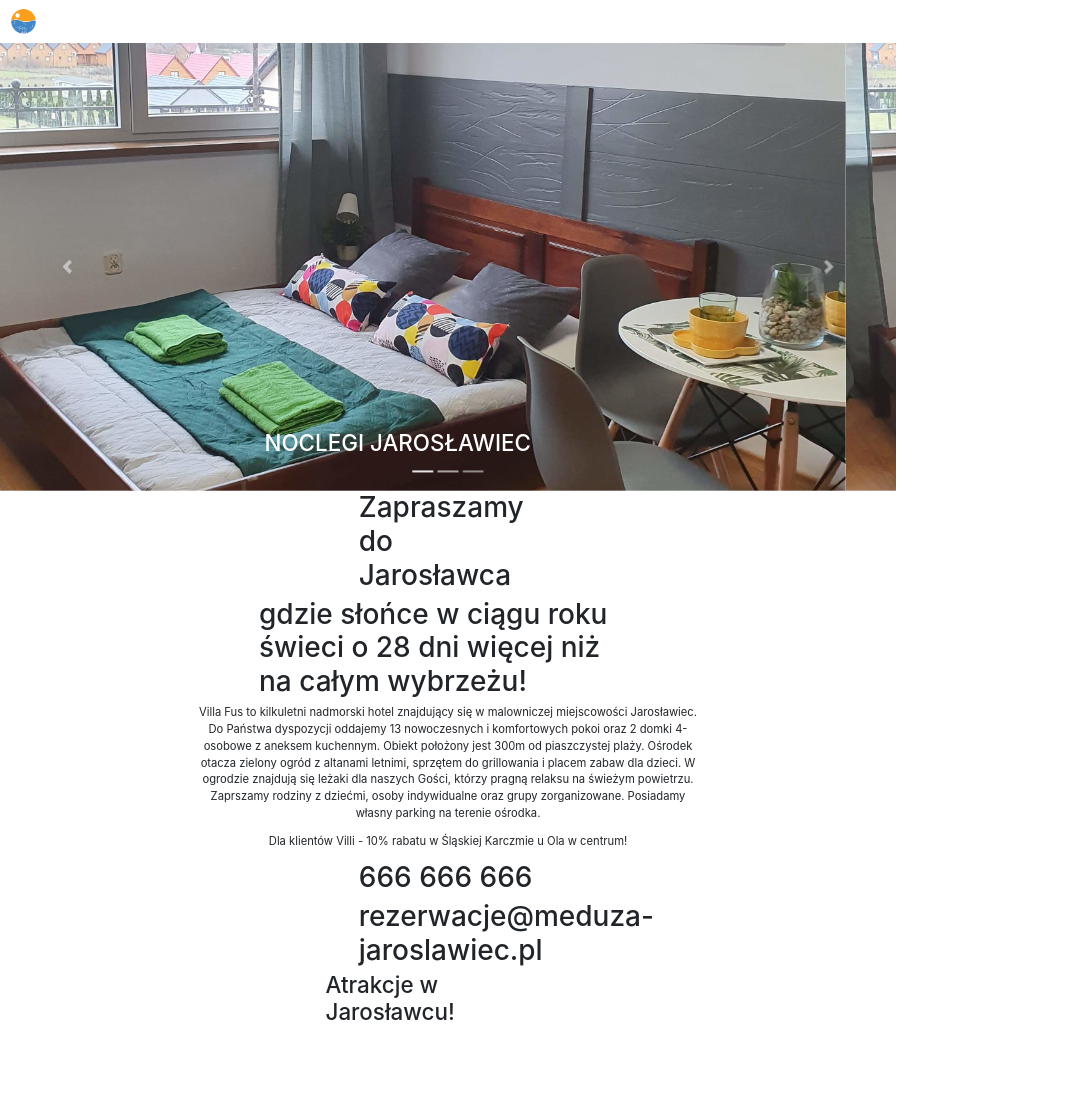
Repository: ArturDr/meduza_jaroslawiec
Page: http://localhost/
An editor plug-in stored every save of this project. The page is shown before and after the next save, followed by the edit.
The browser window is 1280 px wide. The page is 1547 px wide, so the pictures cover 1547 px, including what lies to the right of the window. The pictures show the part of the page from y = 0 to 1600 px (the page is 3045 px tall), at 70% of full size.
The page is run by PHP 8.4 with error messages shown; the project is at /var/www/html/.

Above is the page before, as saved 2020-06-01 20:58:39.
Console error: ReferenceError: baguetteBox is not defined

### medjar/index.php
<?php include('includes/header.php'); ?>

<title>Meduza Jarosławiec</title>

<?php include('includes/navbar.php'); ?>

<!--sec1-->
<section id="sec1">
    <div class="container">
        <div class="row justify-content-center">
            <div class="col-xl-3 col-lg-3 col-md-4 col-sm-4 col-6">
                <h1>Zapraszamy do Jarosławca</h1>
            </div>
        </div>
        <div class="row justify-content-center">
            <div class="col-xl-6 col-lg-6 col-md-8 col-sm-8 col-10">
                <h1>gdzie słońce w ciągu roku świeci o 28 dni więcej niż na całym wybrzeżu!</h1>
            </div>
        </div>
        <div class="row justify-content-center">
            <div class="col-xl-8 col-lg-8 col-md-10 col-sm-10 col-12">
                <p class="text-center">Villa Fus to kilkuletni nadmorski hotel znajdujący się w malowniczej miejscowości Jarosławiec. Do Państwa dyspozycji oddajemy 13 nowoczesnych i komfortowych pokoi oraz 2 domki 4-osobowe z aneksem kuchennym. Obiekt położony jest 300m od piaszczystej plaży. Ośrodek otacza zielony ogród z altanami letnimi, sprzętem do grillowania i placem zabaw dla dzieci. W ogrodzie znajdują się leżaki dla naszych Gości, którzy pragną relaksu na świeżym powietrzu. Zaprszamy rodziny z dziećmi, osoby indywidualne oraz grupy zorganizowane. Posiadamy własny parking na terenie ośrodka.</p>
            </div>
            <div class="col-xl-8 col-lg-8 col-md-10 col-sm-10 col-12">
                <p class="text-center">Dla klientów Villi - 10% rabatu w Śląskiej Karczmie u Ola w centrum!</p>
            </div>
        </div>
        <div class="row justify-content-center">
            <div class="col-xl-3 col-lg-3 col-md-4 col-sm-4 col-6">
                <h1>666 666 666</h1>
            </div>
        </div>
        <div class="row justify-content-center">
            <div class="col-xl-3 col-lg-3 col-md-4 col-sm-4 col-6">
                <h1>rezerwacje@meduza-jaroslawiec.pl</h1>
            </div>
        </div>
    </div>
</section>
<!-- end sec1-->

<!-- sec2-->
<section id="sec2">
	<div class="container">
		<div class="row justify-content-center">
			<div class="col-sm-4 col-4">
				<h2>Atrakcje w Jarosławcu!</h2>
			</div>
		</div>
		<div class="row">
			<div class="col-sm-2 col-12">
				<img src="images/beach.png">
				<h3>Plaża w Jarosławcu</h3>
			</div>
			<div class="col-sm-2 col-12">
				<img src="images/cliff.png">
				<h3>Klifowe wybrzeże</h3>
			</div>
			<div class="col-sm-2 col-12">
				<img src="images/lighthouse.png">
				<h3>Latarnia Morska w Jarosławcu</h3>
			</div>
			<div class="col-sm-2 col-12">
				<img src="images/anchor.png">
				<h3>Przystań rybacka</h3>
			</div>
			<div class="col-sm-2 col-12">
				<img src="images/museum.png">
				<h3>Unikalne Muzeum Bursztynu</h3>
			</div>
			<div class="col-sm-2 col-12">
				<img src="images/rope.png">
				<h3>Park linowy dla dzieci</h3>
			</div>
		</div>
	</div>
</section>
<!-- end sec2 -->

<!-- sec3 -->
<section id="sec3">
    <div class="container">
        <div class="row justify-content-center">
            <div class="col-xl-3 col-lg-3 col-md-4 col-sm-4 col-6">
                <h1>NASZA LOKALIZACJA</h1>
            </div>
        </div>
    </div>
    <iframe src="https://www.google.com/maps/embed?pb=!1m14!1m8!1m3!1d9258.9887111871!2d16.536268!3d54.537953!3m2!1i1024!2i768!4f13.1!3m3!1m2!1s0x0%3A0x7378357c2304755a!2sMeduza!5e0!3m2!1spl!2spl!4v1590423370901!5m2!1spl!2spl" width="100%" height="600" frameborder="0" style="border:0;" allowfullscreen="" aria-hidden="false" tabindex="0"></iframe>
</section>
<!-- end sec3 -->


<?php include('includes/footer.php'); ?>

### medjar/includes/header.php
<!doctype html>
<html lang="pl">
    <head>
        <!-- Required meta tags -->
        <meta charset="utf-8">
        <meta name="viewport" content="width=device-width, initial-scale=1, shrink-to-fit=no">

        <!-- Bootstrap CSS -->
        <link rel="stylesheet" href="https://stackpath.bootstrapcdn.com/bootstrap/4.5.0/css/bootstrap.min.css" integrity="sha384-9aIt2nRpC12Uk9gS9baDl411NQApFmC26EwAOH8WgZl5MYYxFfc+NcPb1dKGj7Sk" crossorigin="anonymous">

        <!-- Custom Styles-->
        <link rel="stylesheet" type="text/css" href="style.css">
        <link rel="stylesheet" href="compact-gallery.css">

### medjar/includes/navbar.php
<link rel = "icon" type = "image/png" href = "images/logo.png">

</head>
    <body>
        <!-- nav-->
        <nav class="navbar navbar-expand-lg navbar-dark sticky-top" id="navibar">
            <a class="navbar-brand" href="index.php"><img src="images/logo.png" height="35" width="35" class="d-inline-block"></a>
            <button class="navbar-toggler" type="button" data-toggle="collapse" data-target="#navbarNavAltMarkup" aria-controls="navbarNavAltMarkup" aria-expanded="false" aria-label="Toggle navigation">
                <span class="navbar-toggler-icon"></span>
            </button>
            <div class="collapse navbar-collapse justify-content-end" id="navbarNavAltMarkup">
                <div class="navbar-nav">
                    <a class="nav-item nav-link active" href="jaroslawiec.php">Jarosławiec</a>
                    <a class="nav-item nav-link active" href="noclegi.php">Noclegi</a>
                    <a class="nav-item nav-link active" href="cennik.php">Cennik</a>
                    <a class="nav-item nav-link active" href="galeria.php">Galeria</a>
                    <a class="nav-item nav-link active" href="#sec4">Kontakt</a>
                </div>
            </div>
        </nav>
<!-- end nav-->

<!--Section1-->
<section id="sec1">
    <div id="carouselGallery" class="carousel slide" data-ride="carousel">
            <ol class="carousel-indicators">
                <li data-target="#carouselGallery" data-slide-to="0" class="active"></li>
                <li data-target="#carouselGallery" data-slide-to="1"></li>
                <li data-target="#carouselGallery" data-slide-to="2"></li>
            </ol>
        <div class="carousel-inner">
            <div class="carousel-item active">
                <img src="images/slide11.jpeg" height="100%" width="100%" class="d-block w-100" alt="...">
                <div class="carousel-caption d-none d-md-block">
                    <h2>NOCLEGI JAROSŁAWIEC</h2>
                </div>
            </div>
            <div class="carousel-item">
                <img src="images/slide11.jpeg" height="100%" width="100%" class="d-block w-100" alt="...">
                <div class="carousel-caption d-none d-md-block">
                    <h2>NOCLEGI JAROSŁAWIEC</h2>
                </div>
            </div>
            <div class="carousel-item">
                <img src="images/slide11.jpeg" height="100%" width="100%" class="d-block w-100" alt="..." >
                <div class="carousel-caption d-none d-md-block">
                    <h2>NOCLEGI JAROSŁAWIEC</h2>
                </div>
            </div>
        </div>
        <a class="carousel-control-prev" href="#carouselGallery" role="button" data-slide="prev">
            <span class="carousel-control-prev-icon" aria-hidden="true"></span>
            <span class="sr-only">Previous</span>
        </a>
        <a class="carousel-control-next" href="#carouselGallery" role="button" data-slide="next">
            <span class="carousel-control-next-icon" aria-hidden="true"></span>
            <span class="sr-only">Next</span>
        </a>
    </div>
</section>
        <!-- end sec1 -->

### medjar/includes/footer.php
<!-- sec4-->
<section id="sec4">
            <div class="container">
                <div class="row justify-content-center" id="kontakt">
                    <div class="col-xl-2 col-lg-3 col-md-4 col-sm-4 col-6">
                        <h1>KONTAKT</h1>
                    </div>
                </div>
                <div class="row justify-content-center">
                    <div class="col-xl-3 col-lg-3 col-md-4 col-sm-6 col-8">
                        <p class="text-center">ul. Zebrzydowicka 32/2,<br> 44-210 Rybnik</p>
                        <p class="text-center">+48 511 474 064</p>
                        <p class="text-center">biuro@beatalukas.pl</p>
                    </div>
                </div>
                <div class="row justify-content-end">
                    <div class="col-xl-2 col-lg-2 col-md-3 col-sm-4 col-5">
                        <footer>
                            <p>&copy;2020 Artur Robek</p>
                        </footer>
                    </div>
                </div>
            </div>
        </section>
        <!-- end sec4-->

<!-- Optional JavaScript -->
    <!-- jQuery first, then Popper.js, then Bootstrap JS -->
    <script src="https://code.jquery.com/jquery-3.5.1.slim.min.js" integrity="sha384-DfXdz2htPH0lsSSs5nCTpuj/zy4C+OGpamoFVy38MVBnE+IbbVYUew+OrCXaRkfj" crossorigin="anonymous"></script>
    <script src="https://cdn.jsdelivr.net/npm/popper.js@1.16.0/dist/umd/popper.min.js" integrity="sha384-Q6E9RHvbIyZFJoft+2mJbHaEWldlvI9IOYy5n3zV9zzTtmI3UksdQRVvoxMfooAo" crossorigin="anonymous"></script>
    <script src="https://stackpath.bootstrapcdn.com/bootstrap/4.5.0/js/bootstrap.min.js" integrity="sha384-OgVRvuATP1z7JjHLkuOU7Xw704+h835Lr+6QL9UvYjZE3Ipu6Tp75j7Bh/kR0JKI" crossorigin="anonymous"></script>
    <script>
        baguetteBox.run('.compact-gallery', { animation: 'slideIn'});
    </script>
    </body>
</html>

### medjar/style.css
#jsec2 {
    background: red;
}

#jsec2 img {
    height: 50px;
    width: 50px;
}

### medjar/compact-gallery.css
.gallery-block{
    padding-bottom: 60px;
    padding-top: 60px;
  }

  .gallery-block .heading{
      margin-bottom: 50px;
      text-align: center;
  }

  .gallery-block .heading h2{
      font-weight: bold;
      font-size: 1.4rem;
      text-transform: uppercase;
  }

  .gallery-block.compact-gallery .item{
    overflow: hidden;
    margin-bottom: 0;
    background: black;
    opacity: 1;
  }

  .gallery-block.compact-gallery .item .image{
    transition: 0.8s ease;
  }

  .gallery-block.compact-gallery .item .info{
    position: relative;
      display: inline-block;
  }

  .gallery-block.compact-gallery .item .description{
    display: grid;
      position: absolute;
      bottom: 0;
      left: 0;
      color: #fff;
      padding: 10px;
      font-size: 17px;
      line-height: 18px;
      width: 100%;
      padding-top: 15px;
      padding-bottom: 15px;
      opacity: 1;
      color: #fff;
      transition: 0.8s ease;
      text-align: center;
      text-shadow: 1px 1px 1px rgba(0, 0, 0, 0.2);
      background: linear-gradient(to bottom, transparent, rgba(0, 0, 0, 0.39));
  }

  .gallery-block.compact-gallery .item .description .description-heading{
    font-size: 1em;
    font-weight: bold;
  }

  .gallery-block.compact-gallery .item .description .description-body{
    font-size: 0.8em;
    margin-top: 10px;
    font-weight: 300;
  }

  @media (min-width: 576px) {

    .gallery-block.compact-gallery .item .description {
      opacity: 0;
    }

    .gallery-block.compact-gallery .item a:hover .description {
      opacity: 1;
    }

    .gallery-block .zoom-on-hover:hover .image {
      transform: scale(1.3);
      opacity: 0.7;
    }
  }

After the next save:
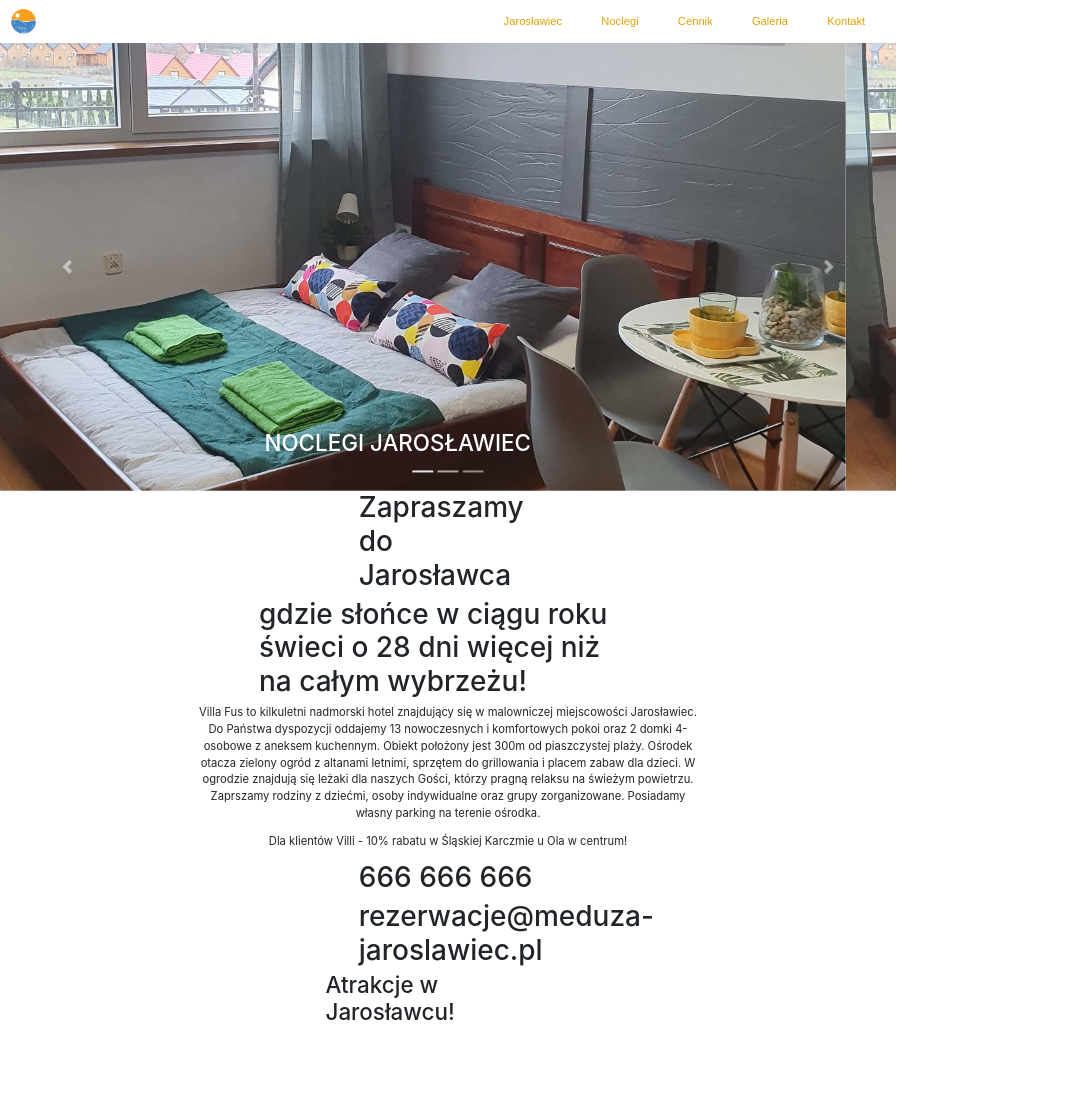
Saved 6 min 48 s later.
--- a/medjar/style.css
+++ b/medjar/style.css
@@ -1,3 +1,11 @@
+#navibar {
+    font-family: Arial;
+}
+
+#navbarNavAltMarkup a {
+    color: rgba(222, 163, 8, 1);
+    margin: 0 20px;
+}
 #jsec2 {
     background: red;
 }
